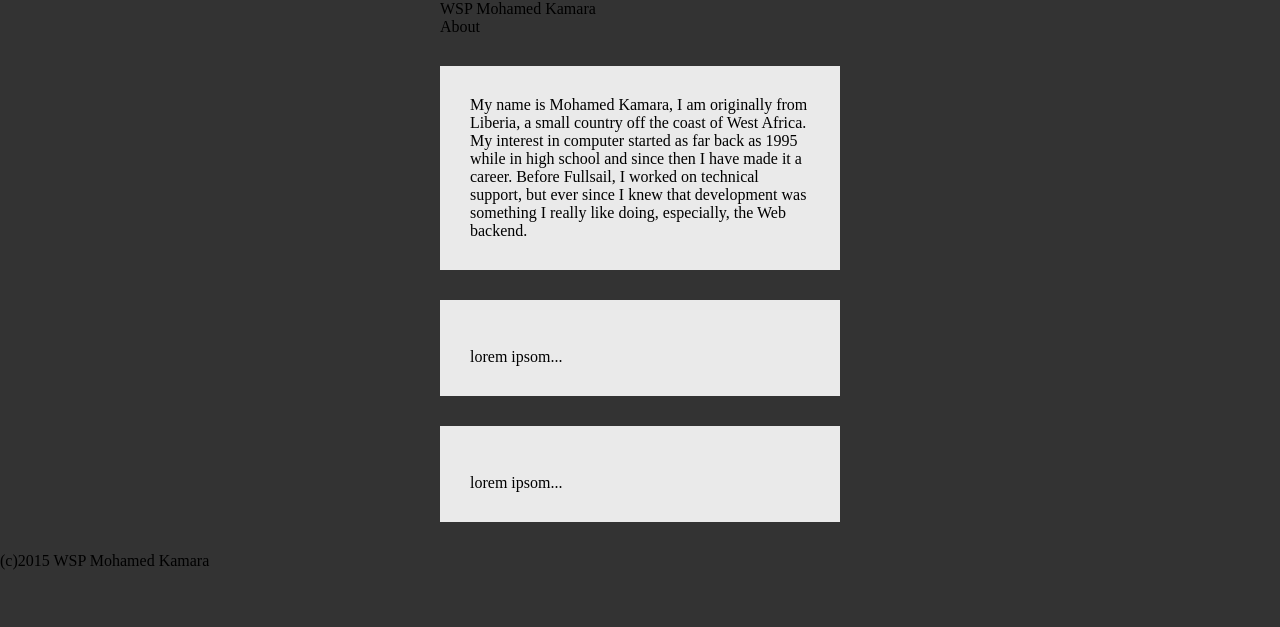
Repository: makamara/WSP_Project
Page: wsp/index.html
These files come from the project's save history. The page is drawn as it stood at one moment and after the next save; the edit follows.
The browser window is 1280 px wide. The pictures show the whole page.

Above is the page before, as saved 2015-09-15 04:48:21.

After the next save:
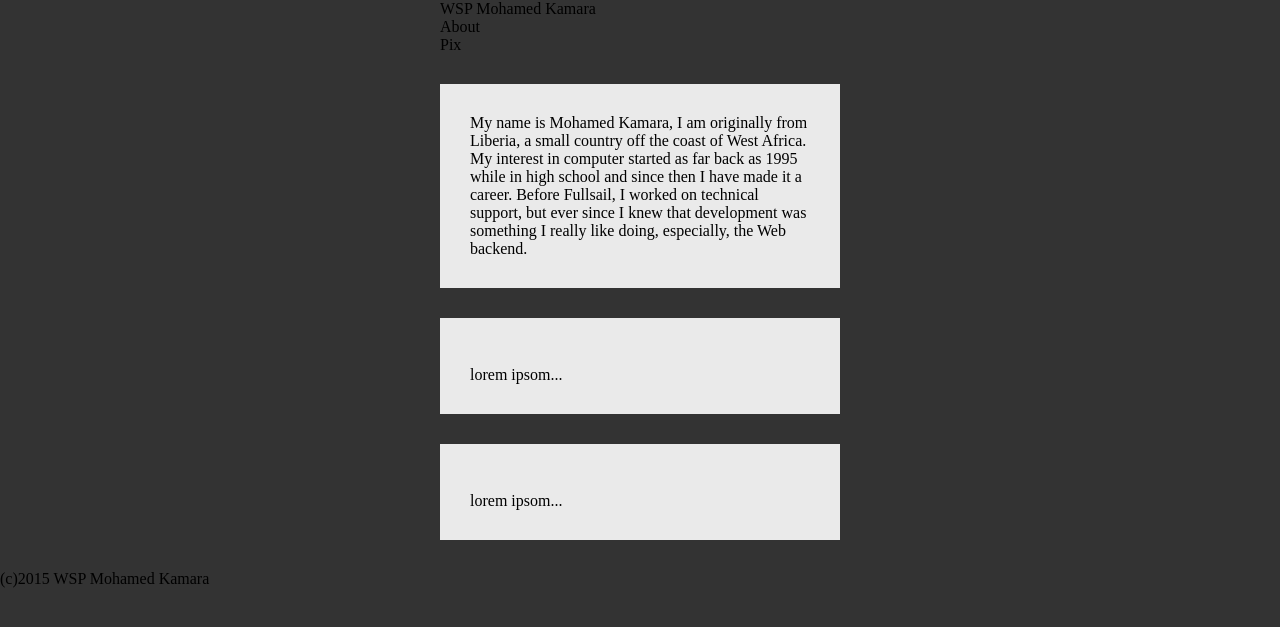
Saved 3 min 18 s later.
--- a/wsp/index.html
+++ b/wsp/index.html
@@ -16,7 +16,7 @@
 	<!-- About -->
 	<section>
 		<h3>About</h3>
-
+		<div class="image">Pix</div>
 		<article>
 		My name is Mohamed Kamara, I am originally from Liberia, a small country off the coast of West Africa. My interest in computer
 		started as far back as 1995 while in high school and since then I have made it a career. Before Fullsail, I worked on technical
